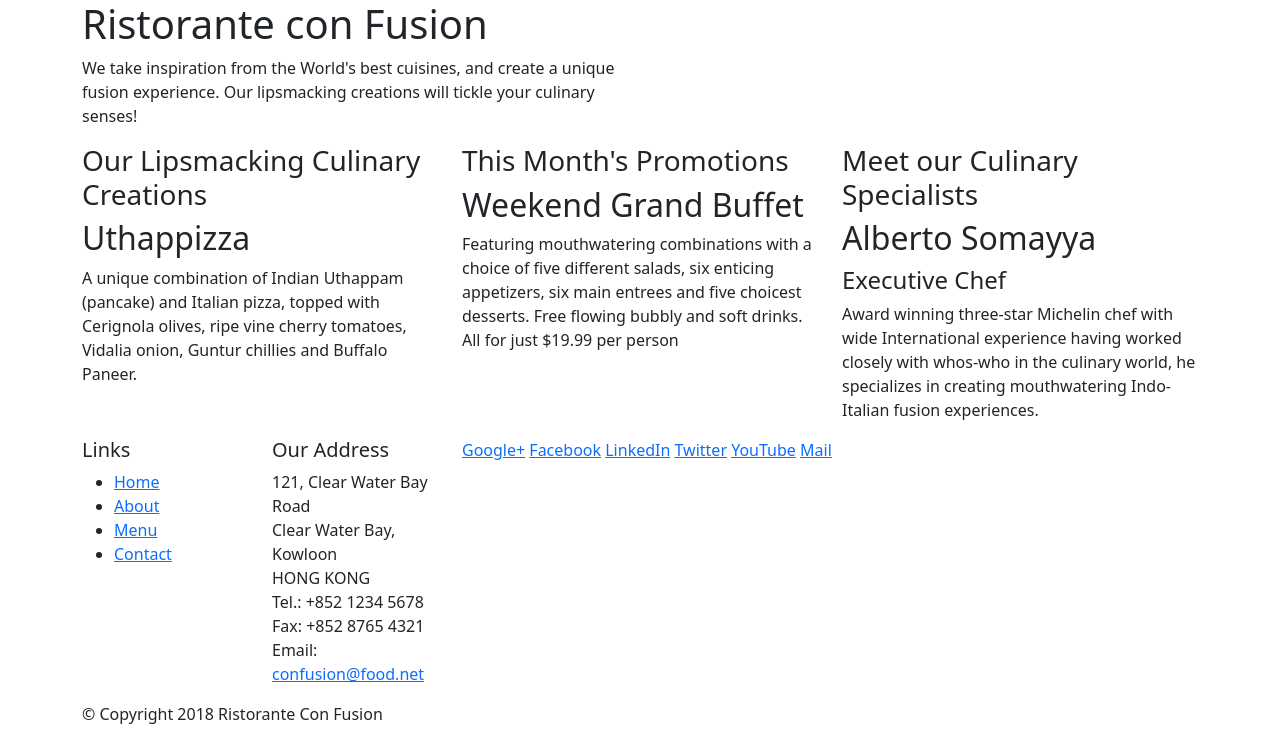
Repository: GiaBaooLe/Reactjs
Page: index.html
An editor plug-in stored every save of this project. The page is shown before and after a run of saves, followed by the edit.
The browser window is 1280 px wide. The pictures show the whole page.
Some web libraries are served in a nearby version.

Above is the page before, as saved 2023-09-12 14:08:06.

After the next 4 saves:
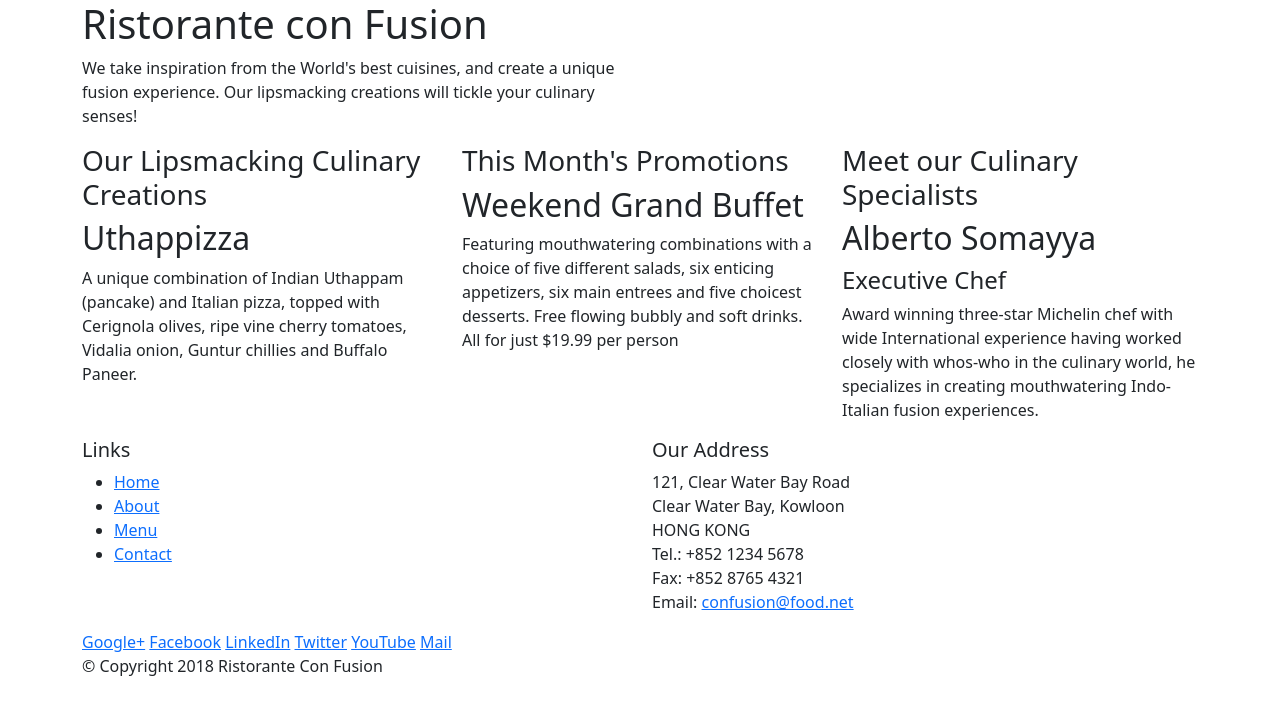
The 4 saves are shown as one change because they came seconds apart.
The last was saved 12 s later.
--- a/index.html
+++ b/index.html
@@ -94,7 +94,7 @@
       <div class="container">
         <div class="row">
 
-          <div class="col-4 col-sm-2">
+          <div class="col-12 col-sm-6">
             <h5>Links</h5>
             <ul>
               <li><a href="#">Home</a></li>
@@ -103,7 +103,7 @@
               <li><a href="#">Contact</a></li>
             </ul>
           </div>
-          <div class="col-4 col-sm-2">
+          <div class="col-12 col-sm-6">
             <h5>Our Address</h5>
             <address>
               121, Clear Water Bay Road<br />
